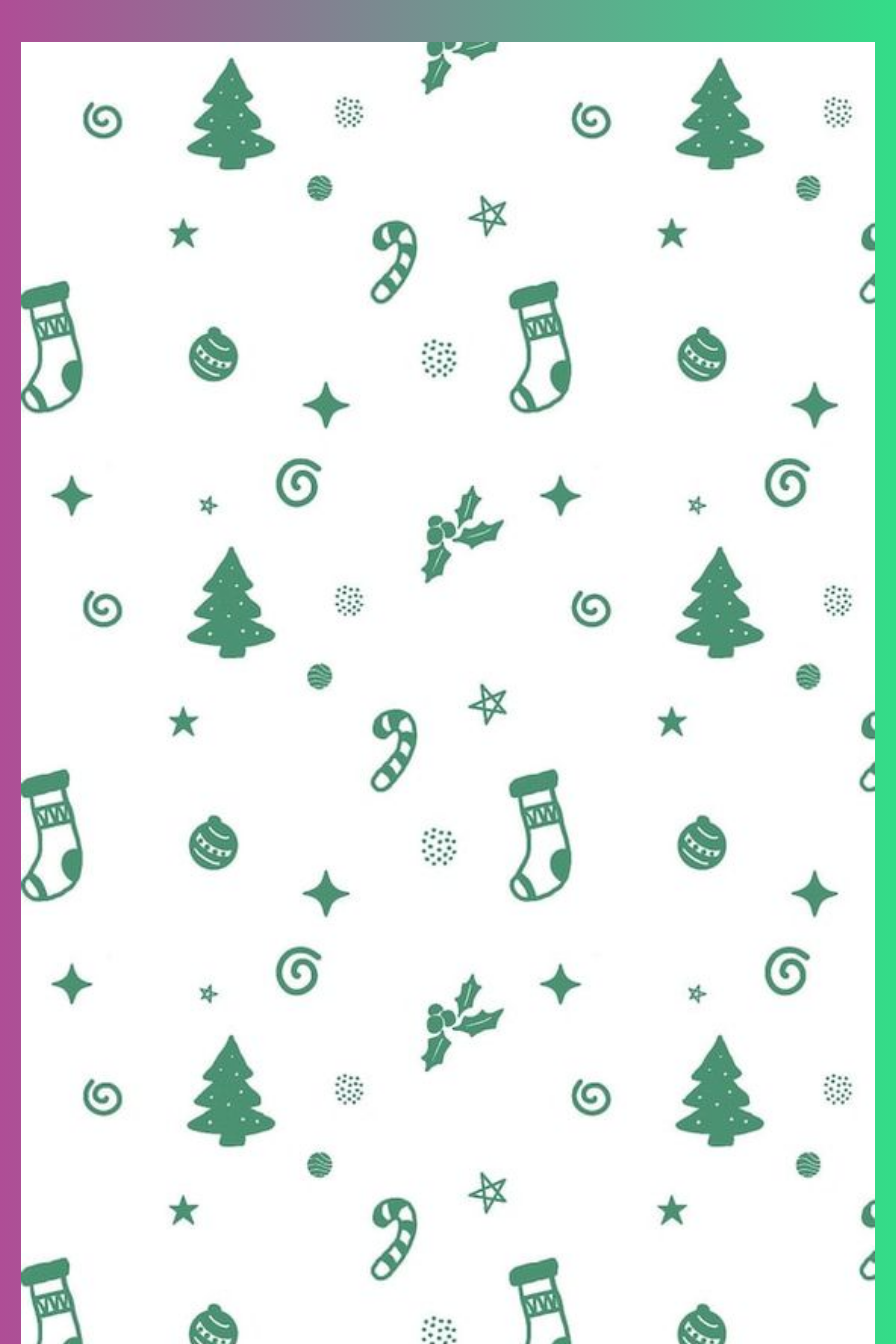
Repository: lausamtuong/profileCard
Page: index.html
The author's editor kept a copy of each file at every save. The page is drawn from the files as they stood at one save, then again after a run of saves.
The browser window is 1280 px wide. The pictures show the part of the page from y = 0 to 1920 px (the page is 3741 px tall before and 1100 px after), at 70% of full size.
The style sheet was rebuilt from its Sass, Less or Tailwind sources for each picture, by a compiler version that may differ from the author's.

Above is the page before, as saved 2021-12-14 18:12:49.

After the next 2 saves:
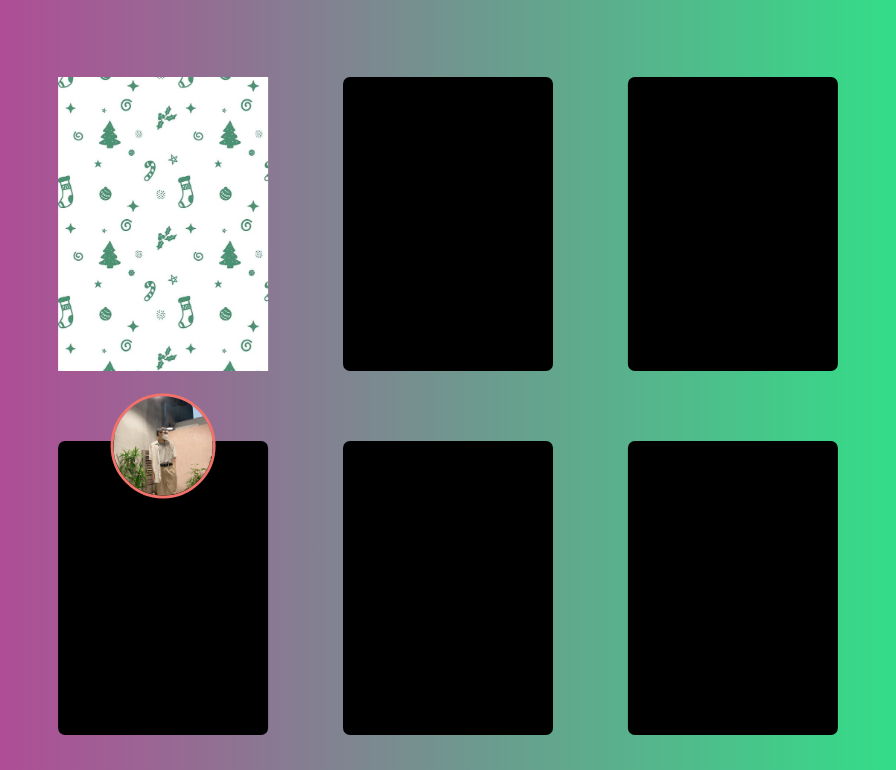
The 2 saves are shown as one change because they came seconds apart.
The last was saved 38 s later.
--- a/index.html
+++ b/index.html
@@ -12,8 +12,9 @@
 </head>
 <body>
     <div class="card__list">
-        <img src="snow.jpg" alt="">
+
         <div class="card__item">
+            <img src="snow.jpg" alt="">
             <div class="card__image">
                 <img src="tho.jpg" alt="">
             </div>

After the 5 saves that followed:
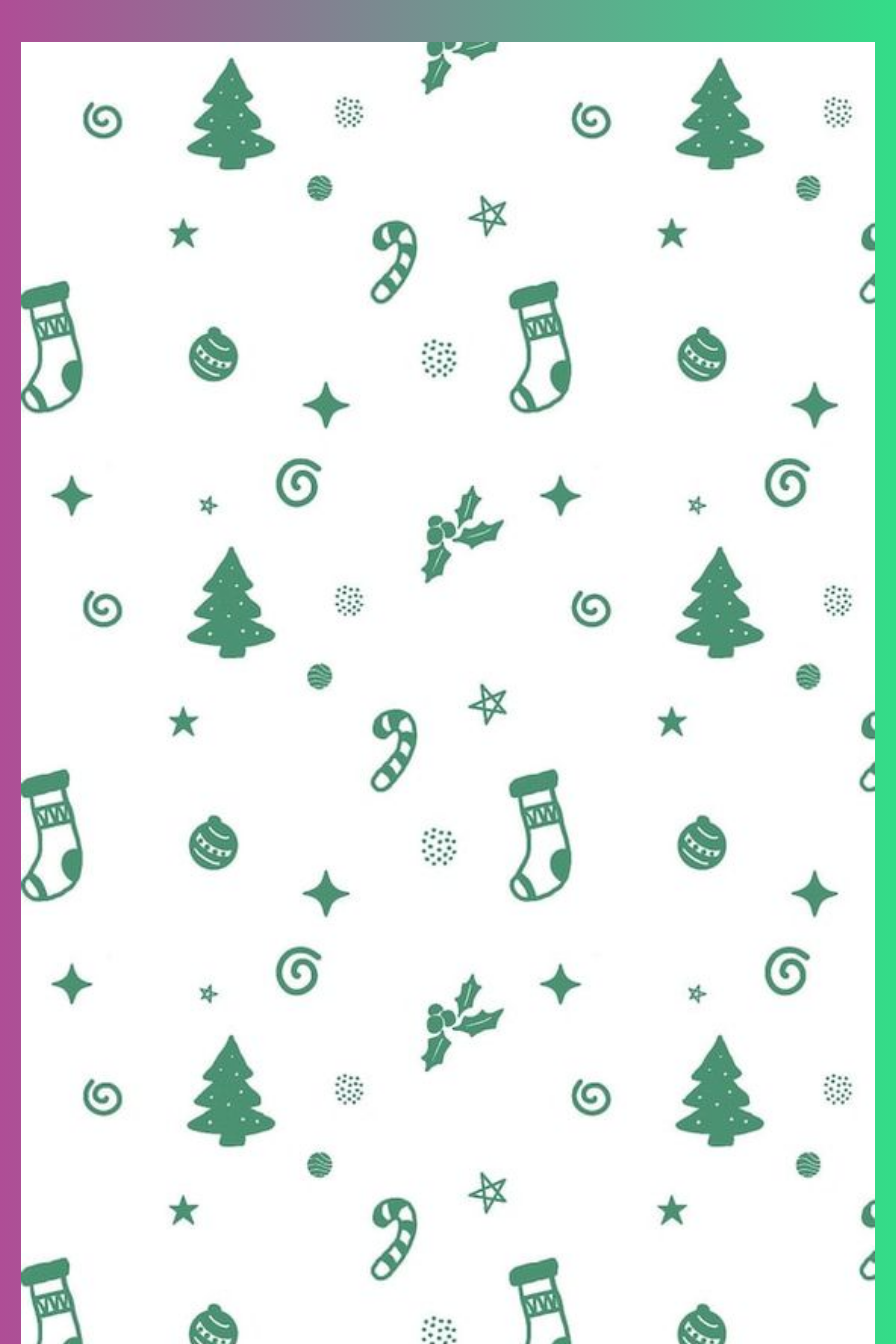
The 5 saves are shown as one change because 4 left the picture as it was.
The last was saved 53 s later.
--- a/index.html
+++ b/index.html
@@ -12,9 +12,9 @@
 </head>
 <body>
     <div class="card__list">
+        <img src="snow.jpg" alt="" class="card__bg">
+        <div class="card__item">
 
-        <div class="card__item">
-            <img src="snow.jpg" alt="">
             <div class="card__image">
                 <img src="tho.jpg" alt="">
             </div>
